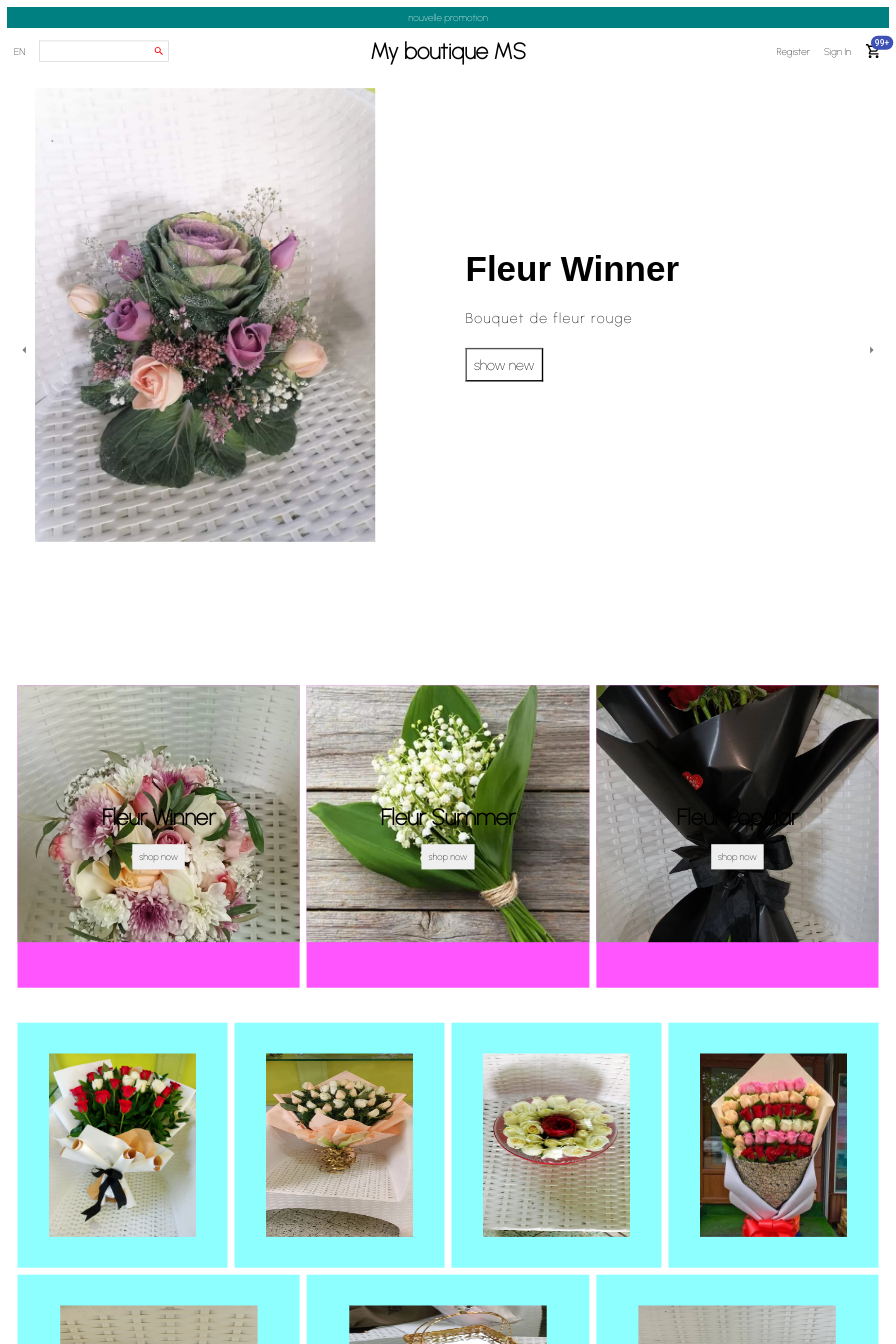
Repository: jarraymassaoud/react-web
Page: /
The author's editor kept a copy of each file at every save. The page is drawn from the files as they stood at one save, then again after the next save.
The browser window is 1280 px wide. The pictures show the part of the page from y = 0 to 1920 px (the page is 2807 px tall), at 70% of full size.
The project was rebuilt for these pictures with package versions that can differ from the ones it lists, and the page was loaded fresh each time. Also part of the build but not shown: src/pages/Cart.jsx, src/pages/Login.jsx, src/pages/Bunch.jsx.

Above is the page before, as saved 2022-05-31 08:20:08.

After the next save:
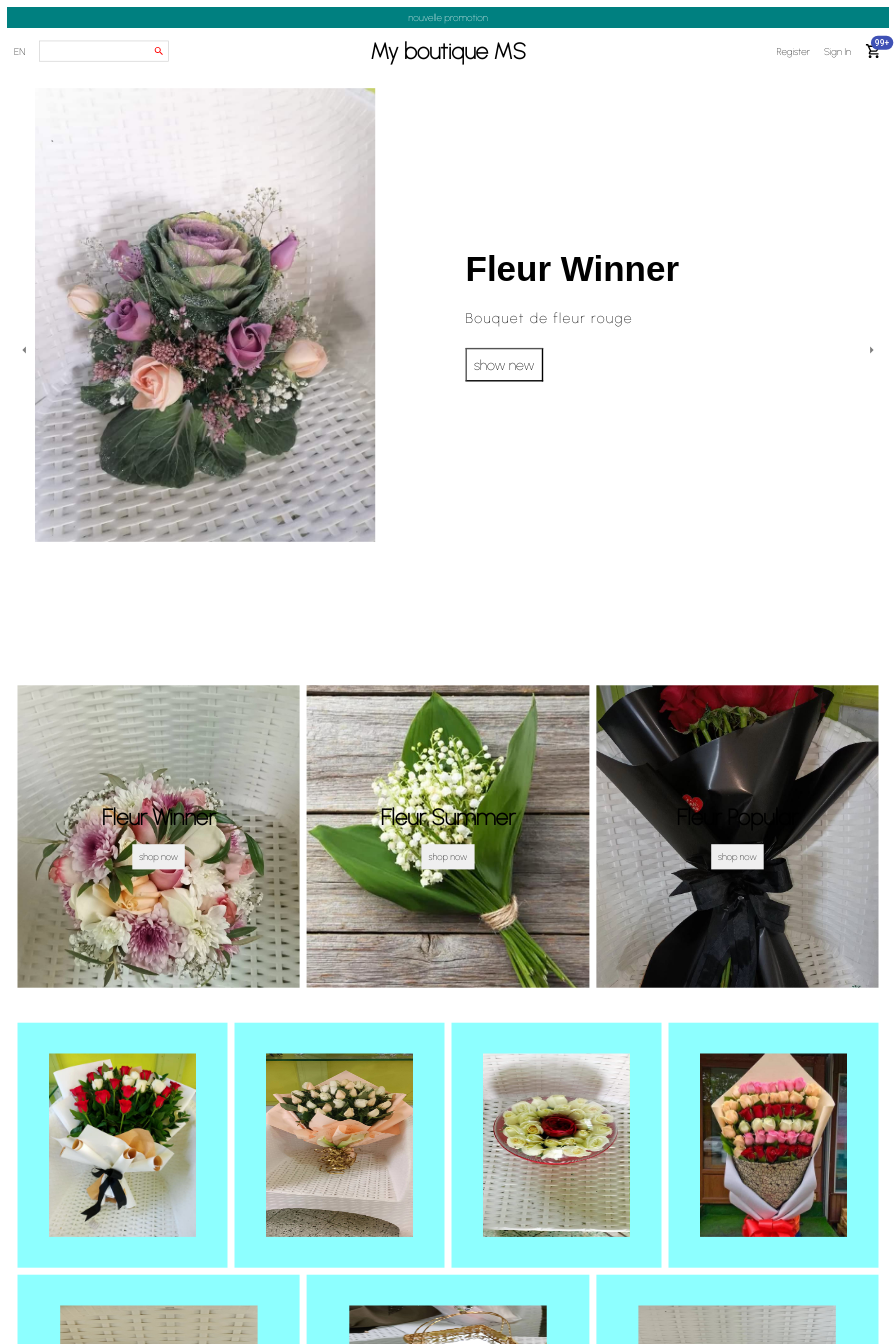
Saved 13 s later.
--- a/src/components/CategoryItem.jsx
+++ b/src/components/CategoryItem.jsx
@@ -11,7 +11,7 @@ const Container = styled.div`
 `;
 const Image = styled.img`
   width: 100%;
-  height: 85%;
+  height: 100%;
   object-fit: cover;
 `;
 const Info = styled.div`
